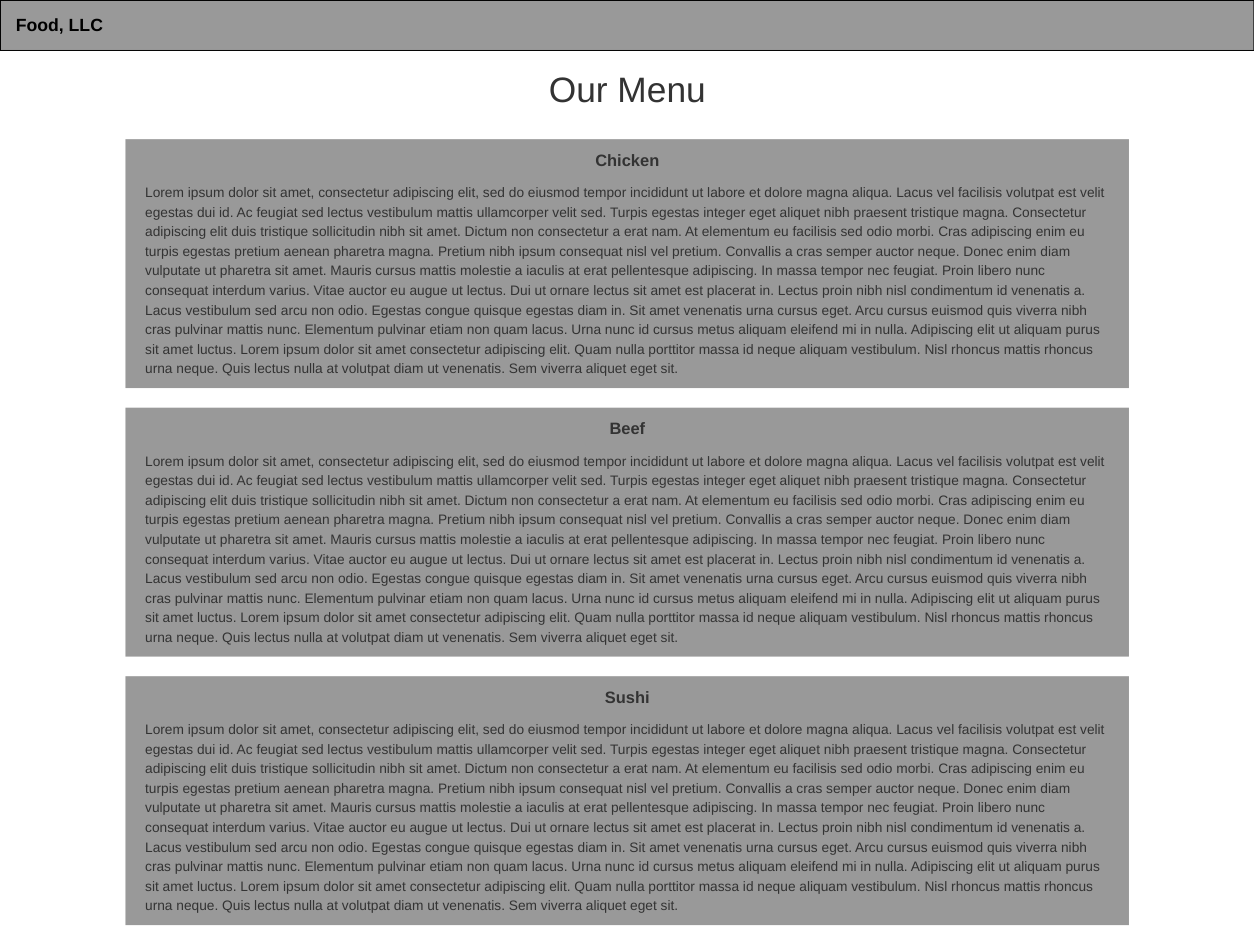
Repository: Cynthia-woo/coursera_frontend_JHU
Page: module3-solution/index.html
These files come from the project's save history. The page is drawn as it stood at one moment and after the next save; the edit follows.
The browser window is 1280 px wide. The pictures show the whole page, at 98% of full size.

Above is the page before, as saved 2024-04-20 02:54:49.

After the next save:
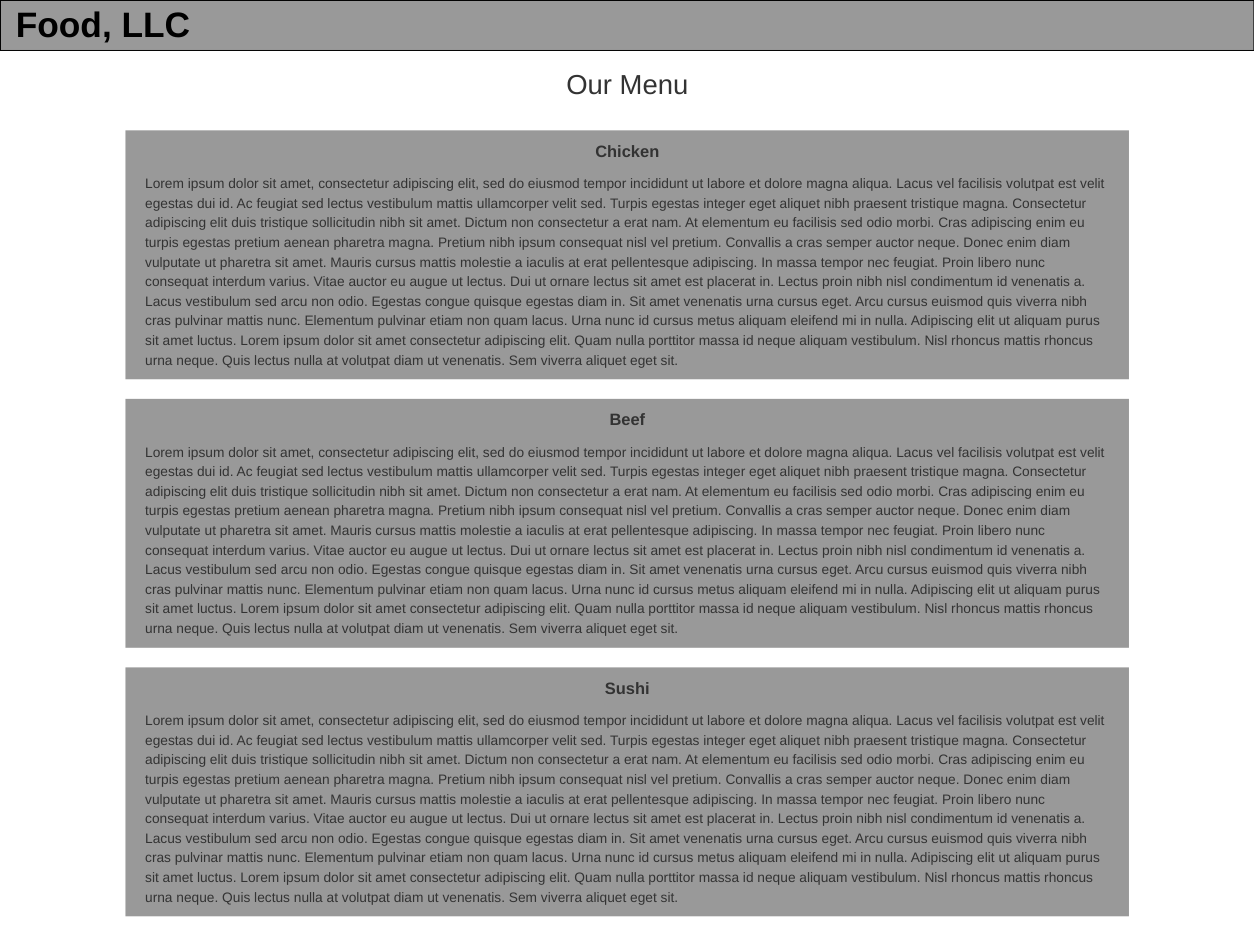
Saved 18 s later.
--- a/module3-solution/css/styles.css
+++ b/module3-solution/css/styles.css
@@ -1,3 +1,51 @@
+* {
+    margin: 0;
+    padding: 0;
+    box-sizing: border-box;
+}
+.navbar-default{
+    background-color: #999;
+    border: 1px solid black;
+    border-radius: 0;
+}
+
+.navbar-brand a{
+    color: black;
+    font-weight: bold;
+    font-size: 2em;;
+}
+
+.navbar-brand a:hover {
+    text-decoration: none;
+}
+
+
+
+#main_title {
+    text-align: center;
+    margin-bottom: 30px;
+    font-size: 2em;
+}
+
+
+.row {
+    margin: 0 auto;
+    width: 80%;
+}
+
+.col-md-12, .col-sm-12, .col-xs-12 {
+    /* width: 80%; */
+    margin: 0 auto 20px auto;
+    background-color: #999;
+    padding: 10px 20px;
+}
+
+.dish_title {
+    text-align: center;
+    font-size: 1.2em;
+    font-weight: bold;
+    margin-bottom: 10px;
+}
 * {
     margin: 0;
     padding: 0;
